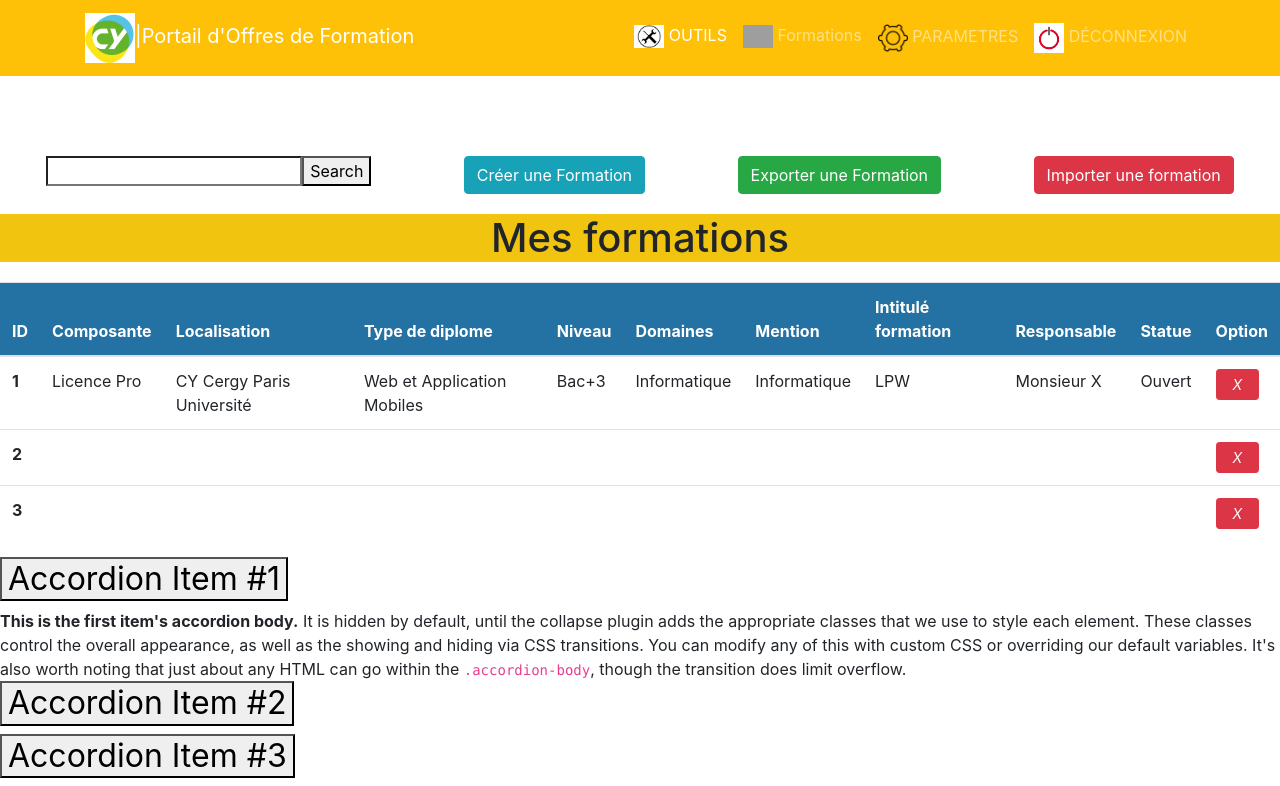
Repository: BaldeThierno1990/Projet-1-formation-tableau-generique-vue-export
Page: / (app in mcc/)
The author's editor kept a copy of each file at every save. The page is drawn from the files as they stood at one save, then again after the next save.
The browser window is 1280 px wide. The pictures show the whole page.
Pictures or frames that could not be fetched are drawn as grey boxes. The project was rebuilt for these pictures with package versions that can differ from the ones it lists, and the page was loaded fresh each time.

Above is the page before, as saved 2021-03-22 13:23:11.

After the next save:
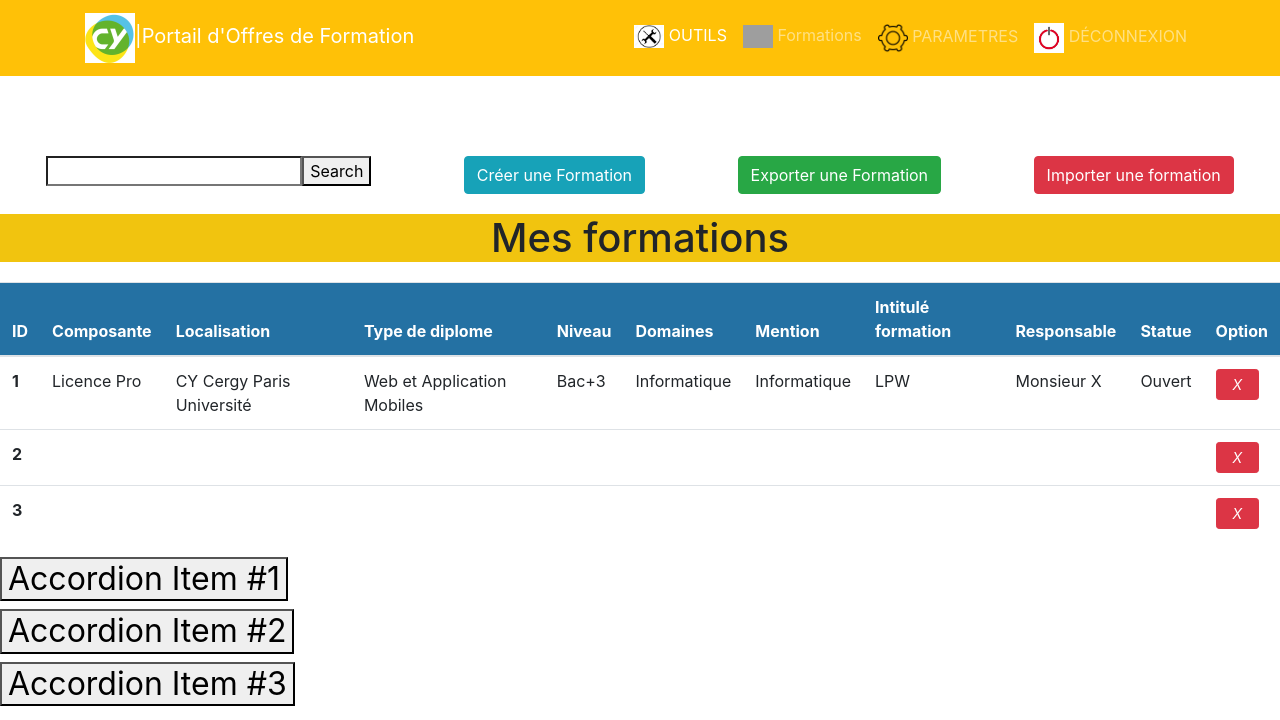
Saved 44 s later.
--- a/mcc/src/components/tableau/VFormation.vue
+++ b/mcc/src/components/tableau/VFormation.vue
@@ -1,42 +1,37 @@
 <template>
-<div>
-    <div class="accordion" id="accordionExample">
+    <div class="formation">
+
+        <div class="accordion accordion-flush" id="accordionFlushExample">
   <div class="accordion-item">
-    <h2 class="accordion-header" id="headingOne">
-      <button class="accordion-button" type="button" data-bs-toggle="collapse" data-bs-target="#collapseOne" aria-expanded="true" aria-controls="collapseOne">
+    <h2 class="accordion-header" id="flush-headingOne">
+      <button class="accordion-button collapsed" type="button" data-bs-toggle="collapse" data-bs-target="#flush-collapseOne" aria-expanded="false" aria-controls="flush-collapseOne">
         Accordion Item #1
       </button>
     </h2>
-    <div id="collapseOne" class="accordion-collapse collapse show" aria-labelledby="headingOne" data-bs-parent="#accordionExample">
-      <div class="accordion-body">
-        <strong>This is the first item's accordion body.</strong> It is hidden by default, until the collapse plugin adds the appropriate classes that we use to style each element. These classes control the overall appearance, as well as the showing and hiding via CSS transitions. You can modify any of this with custom CSS or overriding our default variables. It's also worth noting that just about any HTML can go within the <code>.accordion-body</code>, though the transition does limit overflow.
-      </div>
+    <div id="flush-collapseOne" class="accordion-collapse collapse" aria-labelledby="flush-headingOne" data-bs-parent="#accordionFlushExample">
+      <div class="accordion-body">Placeholder content for this accordion, which is intended to demonstrate the <code>.accordion-flush</code> class. This is the first item's accordion body.</div>
     </div>
   </div>
   <div class="accordion-item">
-    <h2 class="accordion-header" id="headingTwo">
-      <button class="accordion-button collapsed" type="button" data-bs-toggle="collapse" data-bs-target="#collapseTwo" aria-expanded="false" aria-controls="collapseTwo">
+    <h2 class="accordion-header" id="flush-headingTwo">
+      <button class="accordion-button collapsed" type="button" data-bs-toggle="collapse" data-bs-target="#flush-collapseTwo" aria-expanded="false" aria-controls="flush-collapseTwo">
         Accordion Item #2
       </button>
     </h2>
-    <div id="collapseTwo" class="accordion-collapse collapse" aria-labelledby="headingTwo" data-bs-parent="#accordionExample">
-      <div class="accordion-body">
-        <strong>This is the second item's accordion body.</strong> It is hidden by default, until the collapse plugin adds the appropriate classes that we use to style each element. These classes control the overall appearance, as well as the showing and hiding via CSS transitions. You can modify any of this with custom CSS or overriding our default variables. It's also worth noting that just about any HTML can go within the <code>.accordion-body</code>, though the transition does limit overflow.
-      </div>
+    <div id="flush-collapseTwo" class="accordion-collapse collapse" aria-labelledby="flush-headingTwo" data-bs-parent="#accordionFlushExample">
+      <div class="accordion-body">Placeholder content for this accordion, which is intended to demonstrate the <code>.accordion-flush</code> class. This is the second item's accordion body. Let's imagine this being filled with some actual content.</div>
     </div>
   </div>
   <div class="accordion-item">
-    <h2 class="accordion-header" id="headingThree">
-      <button class="accordion-button collapsed" type="button" data-bs-toggle="collapse" data-bs-target="#collapseThree" aria-expanded="false" aria-controls="collapseThree">
+    <h2 class="accordion-header" id="flush-headingThree">
+      <button class="accordion-button collapsed" type="button" data-bs-toggle="collapse" data-bs-target="#flush-collapseThree" aria-expanded="false" aria-controls="flush-collapseThree">
         Accordion Item #3
       </button>
     </h2>
-    <div id="collapseThree" class="accordion-collapse collapse" aria-labelledby="headingThree" data-bs-parent="#accordionExample">
-      <div class="accordion-body">
-        <strong>This is the third item's accordion body.</strong> It is hidden by default, until the collapse plugin adds the appropriate classes that we use to style each element. These classes control the overall appearance, as well as the showing and hiding via CSS transitions. You can modify any of this with custom CSS or overriding our default variables. It's also worth noting that just about any HTML can go within the <code>.accordion-body</code>, though the transition does limit overflow.
-      </div>
+    <div id="flush-collapseThree" class="accordion-collapse collapse" aria-labelledby="flush-headingThree" data-bs-parent="#accordionFlushExample">
+      <div class="accordion-body">Placeholder content for this accordion, which is intended to demonstrate the <code>.accordion-flush</code> class. This is the third item's accordion body. Nothing more exciting happening here in terms of content, but just filling up the space to make it look, at least at first glance, a bit more representative of how this would look in a real-world application.</div>
     </div>
   </div>
 </div>
-</div>
+    </div>
 </template>
